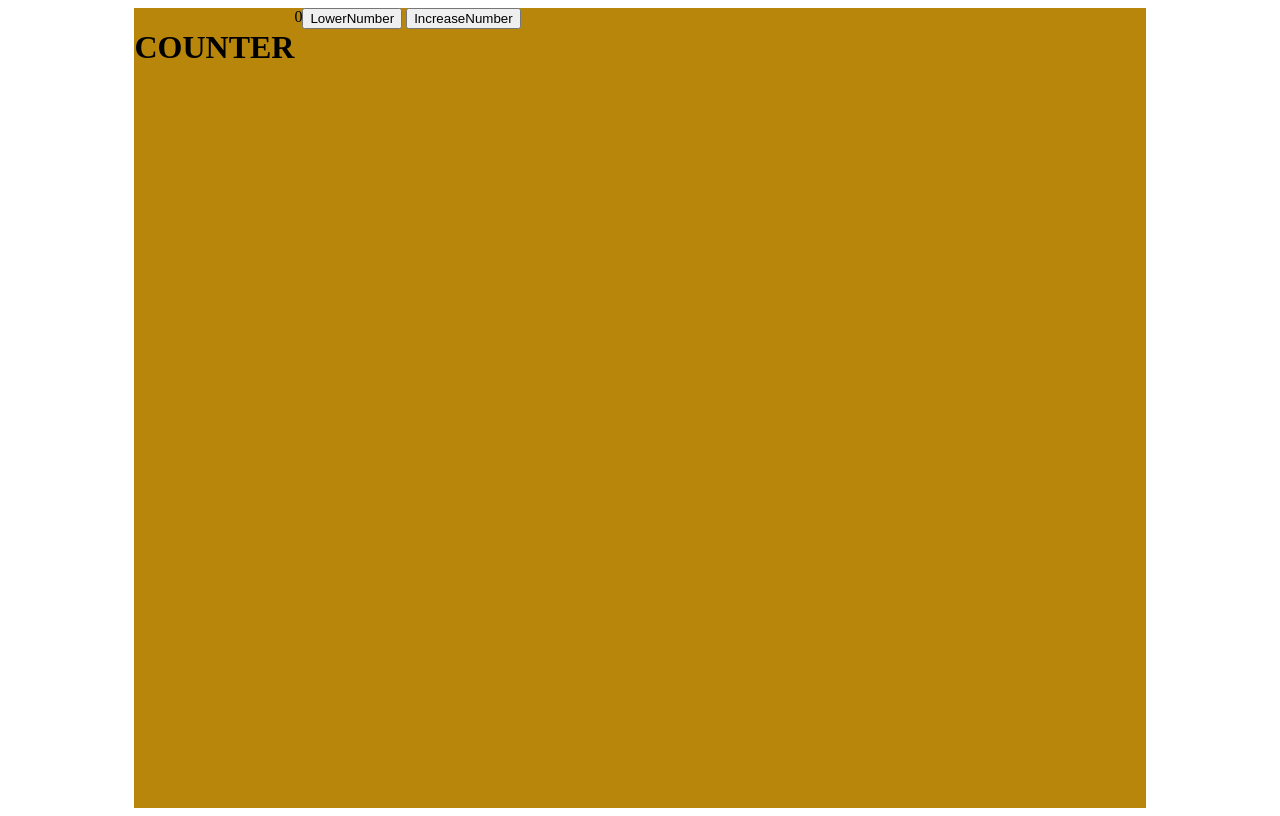
Repository: Sgalstyan06/counterNum
Page: index.html
An editor plug-in stored every save of this project. The page is shown before and after a run of saves, followed by the edit.
The browser window is 1280 px wide. The pictures show the whole page.

Above is the page before, as saved 2022-02-14 16:39:08.

After the next 4 saves:
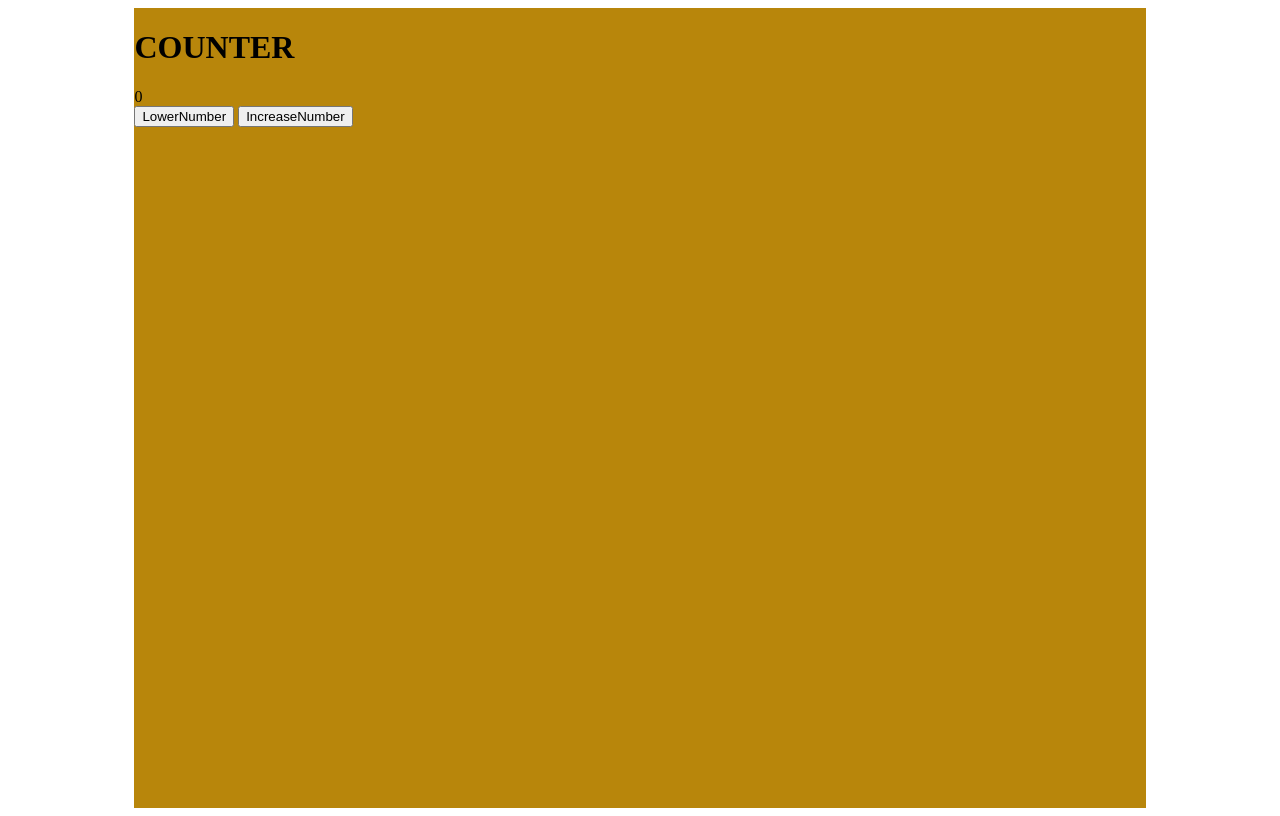
The 4 saves are shown as one change because they came seconds apart.
The last was saved 3 min 10 s later.
--- a/style.css
+++ b/style.css
@@ -4,4 +4,5 @@
     margin: 0 auto;
     background-color: darkgoldenrod;
     display: flex;
+    flex-direction: column;
 }
